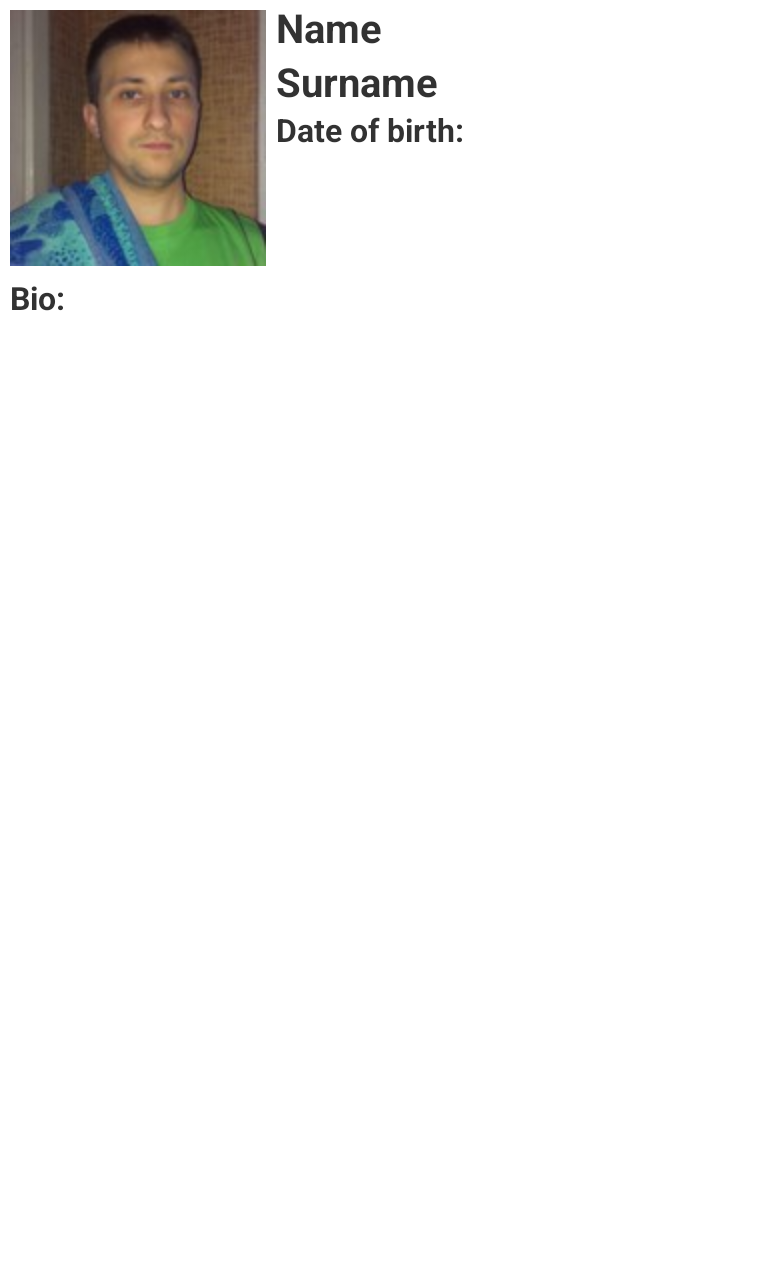
Repository: VanchT/42-test-ivtolkachev
Layout: FacebookFriends/res/layout/activity_main.xml
An editor plug-in stored every save of this project. The layout is shown before and after the next save, followed by the edit.
It is drawn on a 768 x 1280 px phone screen (xhdpi) without system bars, with theme AppTheme; the app's code is not run.

Above is the layout before, as saved 2013-01-09 08:54:54.

After the next save:
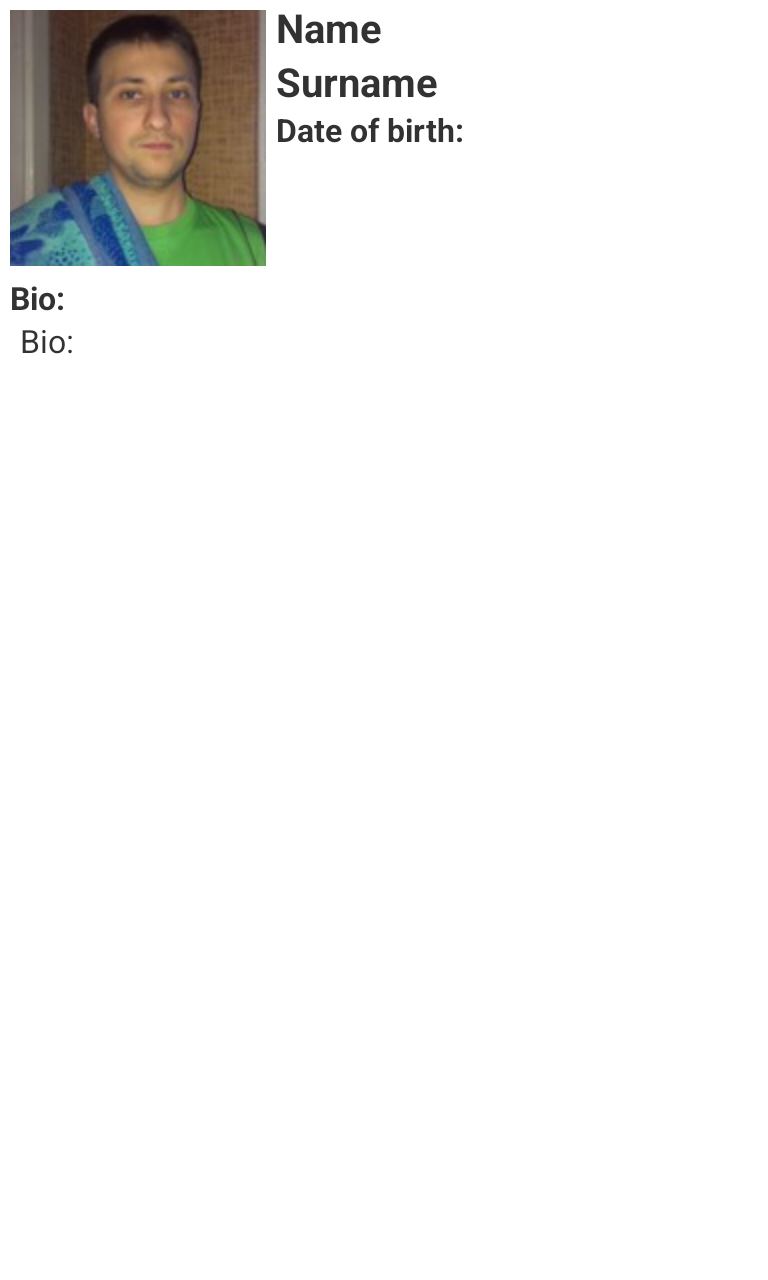
Saved 109 s later.
--- a/FacebookFriends/res/layout/activity_main.xml
+++ b/FacebookFriends/res/layout/activity_main.xml
@@ -66,4 +66,15 @@
         android:text="@string/me_bio"
         />
 
+ <TextView
+        android:id="@+id/bio_me"
+        android:layout_width="match_parent"
+        android:layout_height="wrap_content"
+        android:layout_below="@id/bio_me_lable"
+        android:layout_alignParentLeft="true"
+        android:layout_marginLeft="10dp"
+        android:textSize="16sp"
+        android:text="@string/me_bio"
+        />
+
 </RelativeLayout>
